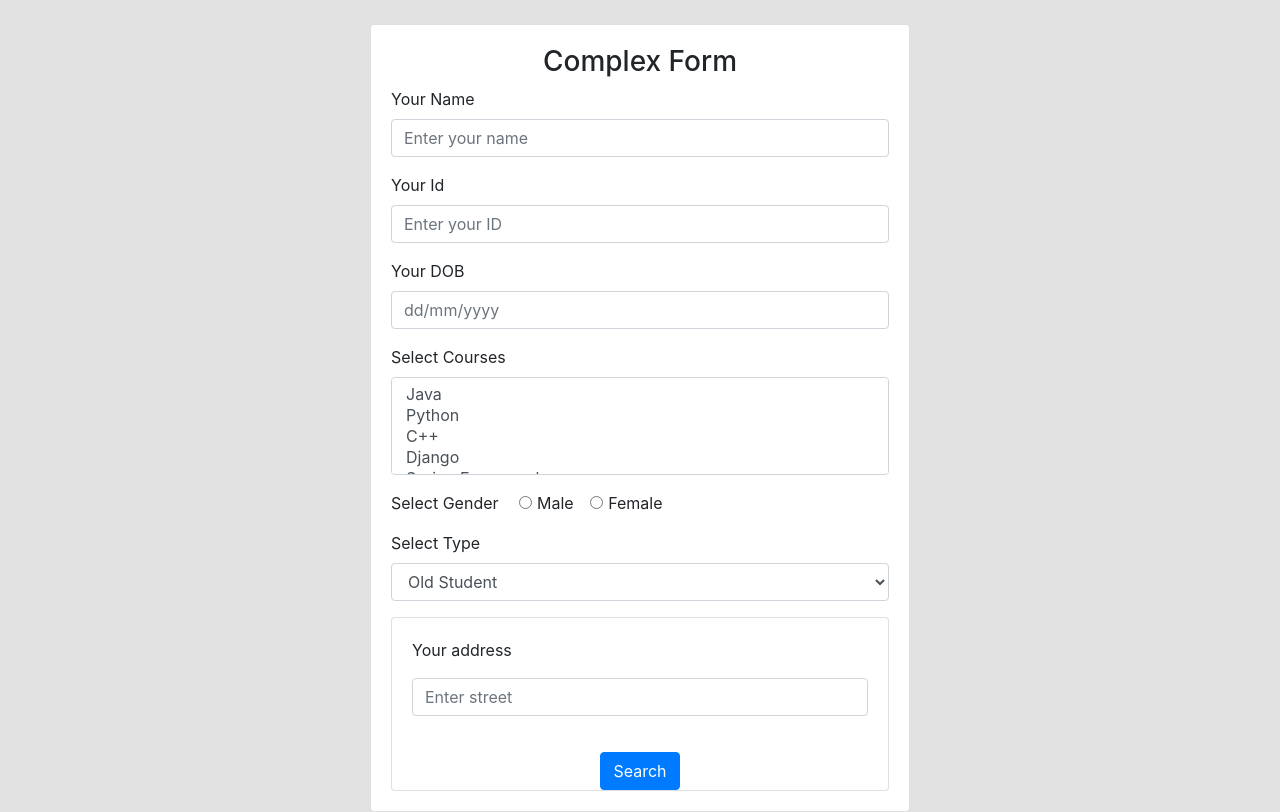
Repository: GovindParve/spring_mvc_maven_search_project
Page: http://localhost/springmvcsearch/complex
An editor plug-in stored every save of this project. The page is shown before and after the next save, followed by the edit.
The browser window is 1280 px wide. The pictures show the whole page.
Some web libraries are served in a nearby version. The page is served by Tomcat 9. Other server files are loaded and not shown.

Above is the page before, as saved 2023-06-18 10:08:01.

### springmvcsearch/src/main/webapp/WEB-INF/spring-servlet.xml
<?xml version="1.0" encoding="UTF-8"?>

<!-- Configuration file -->

<beans xmlns="http://www.springframework.org/schema/beans"
	xmlns:xsi="http://www.w3.org/2001/XMLSchema-instance"
	xmlns:context="http://www.springframework.org/schema/context"
	xmlns:p="http://www.springframework.org/schema/p"
	xmlns:tx="http://www.springframework.org/schema/tx"
    xsi:schemaLocation="
        http://www.springframework.org/schema/beans
        http://www.springframework.org/schema/beans/spring-beans.xsd
        http://www.springframework.org/schema/context
        http://www.springframework.org/schema/context/spring-context.xsd
        http://www.springframework.org/schema/tx
        http://www.springframework.org/schema/tx/spring-tx.xsd
        ">


	<context:component-scan base-package="springmvcsearch"></context:component-scan>


	<bean
		 class="org.springframework.web.servlet.view.InternalResourceViewResolver"
		 name="viewResolver">
		<property name="prefix" value="/WEB-INF/views/" />
		<property name="suffix" value=".jsp" />

	</bean>



</beans>

### springmvcsearch/src/main/webapp/WEB-INF/views/complex_form.jsp
<!doctype html>
<html lang="en">
  <head>
    <!-- Required meta tags -->
    <meta charset="utf-8">
    <meta name="viewport" content="width=device-width, initial-scale=1, shrink-to-fit=no">

    <!-- Bootstrap CSS -->
    <link rel="stylesheet"
    	 href="https://cdn.jsdelivr.net/npm/bootstrap@4.0.0/dist/css/bootstrap.min.css"
    	 integrity="sha384-Gn5384xqQ1aoWXA+058RXPxPg6fy4IWvTNh0E263XmFcJlSAwiGgFAW/dAiS6JXm"
    	 crossorigin="anonymous">

    <title>Hello, world!</title>
  </head>
  <body class="" style="background: #e2e2e2;">
    <div class="container mt-4">
    	<div class="row">
    		<div class="col-md-6 offset-md-3">
    			<div class="card">
    				<div class="card-body">
    					<h3 class="text-center">Complex Form</h3>
    					<form action="handleform" method="post">
    						<div class="form-group">
    							<label for="name">Your Name</label>
    							<input type="text" id="name" name="name" placeholder="Enter your name" class="form-control" />
    						</div>
    						<div class="form-group">
    							<label for="id">Your Id</label>
    							<input type="text" id="id" name="id" placeholder="Enter your ID" class="form-control" />
    						</div>
    						<div class="form-group">
    							<label for="dob">Your DOB</label>
    							<input type="text" id="dob" name="dob" placeholder="dd/mm/yyyy" class="form-control" />
    						</div>
    						<div class="form-group">
    							<label for="selectCourses">Select Courses</label>
    							<select id="courses" name="courses" class="form-control" multiple="multiple">
    								<option>Java</option>
    								<option>Python</option>
    								<option>C++</option>
    								<option>Django</option>
    								<option>Spring Framework</option>
    							</select>
    						</div>
    						<div class="form-group">
    							<span class="mr-3">Select Gender</span>
    							<div class="form-check form-check-inline">
    								<input class="form-check-input" type="radio" id="inlineRadio1" name="gender" value="male">
    								<label class="form-check-label" for="inlineRadio1">Male</label>
    							</div>
    							<div class="form-check form-check-inline">
    								<input class="form-check-input" type="radio" id="inlineRadio2" name="gender" value="female">
    								<label class="form-check-label" for="inlineRadio2">Female</label>
    							</div>
    						</div>
    						<div class="form-group">
    							<label for="">Select Type</label>
    							<select id="type" name="type" class="form-control">
    								<option value="oldstudent">Old Student</option>
    								<option value="normalstudent">Normal Student</option>
    							</select>
    						</div>
    						<div class="card">
    							<div class="card-body">
    							<p>Your address</p>
    							<div class="form-group">
    								<input type="text" id="street" name="street" placeholder="Enter street" class="form-control" />
    							</div>
    						</div>
    						<div class="container text-center">
    							<button type="submit" class="btn btn-primary">Search</button>
    						</div>
    					</form>
    				</div>
    			</div>
    		</div>
    	</div>
    </div>

    <!-- Optional JavaScript -->
    <!-- jQuery first, then Popper.js, then Bootstrap JS -->
    <script src="https://code.jquery.com/jquery-3.2.1.slim.min.js" integrity="sha384-KJ3o2DKtIkvYIK3UENzmM7KCkRr/rE9/Qpg6aAZGJwFDMVNA/GpGFF93hXpG5KkN" crossorigin="anonymous"></script>
    <script src="https://cdn.jsdelivr.net/npm/popper.js@1.12.9/dist/umd/popper.min.js" integrity="sha384-ApNbgh9B+Y1QKtv3Rn7W3mgPxhU9K/ScQsAP7hUibX39j7fakFPskvXusvfa0b4Q" crossorigin="anonymous"></script>
    <script src="https://cdn.jsdelivr.net/npm/bootstrap@4.0.0/dist/js/bootstrap.min.js" integrity="sha384-JZR6Spejh4U02d8jOt6vLEHfe/JQGiRRSQQxSfFWpi1MquVdAyjUar5+76PVCmYl" crossorigin="anonymous"></script>
  </body>
</html>

### springmvcsearch/src/main/java/springmvcsearch/FormControler.java
package springmvcsearch;

import org.springframework.stereotype.Controller;
import org.springframework.ui.Model;
import org.springframework.web.bind.annotation.ModelAttribute;
import org.springframework.web.bind.annotation.RequestMapping;
import org.springframework.web.bind.annotation.RequestMethod;
import org.springframework.web.bind.annotation.RequestParam;

@Controller
public class FormControler {

	@RequestMapping("/complex")
	public String showForm() {
		return "complex_form";
	}


	@RequestMapping(path="/handleform", method = RequestMethod.POST)
	public String formHandler(@ModelAttribute("student") Student student) {
		System.out.println(student);
		return "success";
	}

	@RequestMapping("/success")
	public String success() {
		return "success";
	}




}

### springmvcsearch/src/main/java/springmvcsearch/SearchController.java
package springmvcsearch;

import org.springframework.stereotype.Controller;
import org.springframework.web.bind.annotation.RequestMapping;
import org.springframework.web.bind.annotation.RequestParam;
import org.springframework.web.servlet.view.RedirectView;

@Controller
public class SearchController {


	@RequestMapping("/home")
	public String home()
	{
		System.out.println("going to home");
		return "home";
	}


	@RequestMapping("/search")
	public RedirectView search(@RequestParam("querybox") String query) {


		RedirectView redirectView = new RedirectView();

		if(query.isEmpty()) {
			System.out.println("Query is empty");
			redirectView.setUrl("home");
			return redirectView;
		}

		String url = "https://www.google.com/search?q="+query;


		redirectView.setUrl(url);

		return redirectView;

	}

}

### springmvcsearch/src/main/java/springmvcsearch/Student.java
package springmvcsearch;

import java.util.Date;
import java.util.List;

import org.springframework.format.annotation.DateTimeFormat;

public class Student {

	private String name;
	private Long id;
	@DateTimeFormat(pattern="dd/MM/yyy")
	private Date dob;
	private List<String> courses;
	private String gender;
	private String type;

	private Address address;

	public String getName() {
		return name;
	}
	public void setName(String name) {
		this.name = name;
	}
	public Long getId() {
		return id;
	}
	public void setId(Long id) {
		this.id = id;
	}
	public Date getDob() {
		return dob;
	}
	public void setDob(Date dob) {
		this.dob = dob;
	}
	public List<String> getCourses() {
		return courses;
	}
	public void setCourses(List<String> courses) {
		this.courses = courses;
	}
	public String getGender() {
		return gender;
	}
	public void setGender(String gender) {
		this.gender = gender;
	}
	public String getType() {
		return type;
	}
	public void setType(String type) {
		this.type = type;
	}
	@Override
	public String toString() {
		return "Student [name=" + name + ", id=" + id + ", dob=" + dob + ", courses=" + courses + ", gender=" + gender
				+ ", type=" + type + "]";
	}

}

After the next save:
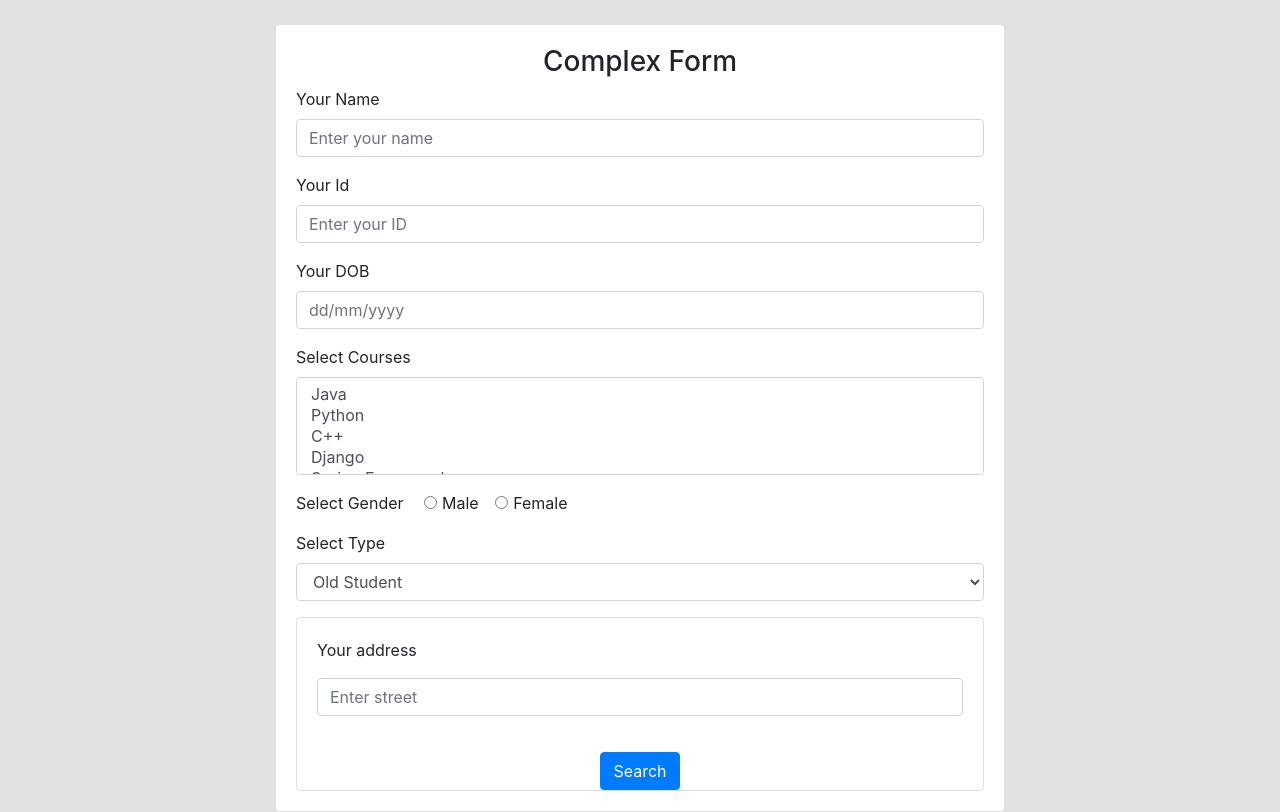
Saved 16 s later.
--- a/springmvcsearch/src/main/webapp/WEB-INF/views/complex_form.jsp
+++ b/springmvcsearch/src/main/webapp/WEB-INF/views/complex_form.jsp
@@ -16,7 +16,7 @@
   <body class="" style="background: #e2e2e2;">
     <div class="container mt-4">
     	<div class="row">
-    		<div class="col-md-6 offset-md-3">
+    		<div class="col-md-8 offset-md-2">
     			<div class="card">
     				<div class="card-body">
     					<h3 class="text-center">Complex Form</h3>
